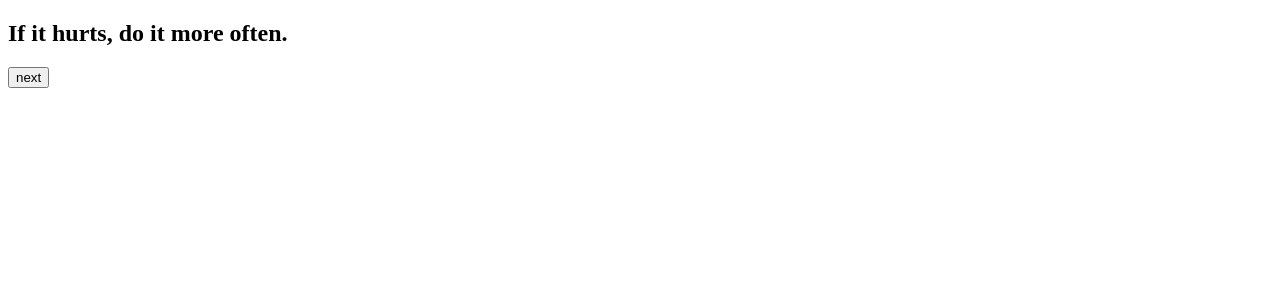
Repository: Wainhouse/Full_Stack_Open_2022
Page: / (app in part1/anedotes/)
An editor plug-in stored every save of this project. The page is shown before and after the next save, followed by the edit.
The browser window is 1280 px wide. The pictures show the whole page.
The project was rebuilt for these pictures with package versions that can differ from the ones it lists, and the page was loaded fresh each time.

Above is the page before, as saved 2022-11-24 17:13:23.

### part1/anedotes/src/App.js
import { useState } from 'react'

const App = () => {
  const anecdotes = [
    'If it hurts, do it more often.',
    'Adding manpower to a late software project makes it later!',
    'The first 90 percent of the code accounts for the first 10 percent of the development time...The remaining 10 percent of the code accounts for the other 90 percent of the development time.',
    'Any fool can write code that a computer can understand. Good programmers write code that humans can understand.',
    'Premature optimization is the root of all evil.',
    'Debugging is twice as hard as writing the code in the first place. Therefore, if you write the code as cleverly as possible, you are, by definition, not smart enough to debug it.',
    'Programming without an extremely heavy use of console.log is same as if a doctor would refuse to use x-rays or blood tests when diagnosing patients.'
  ]

  const [selected, setSelected] = useState(0)

  const handleClickNext = () => {
    setSelected(Math.floor(Math.random() * anecdotes.length))

  }

  return (
    <div>
      <h2>{anecdotes[selected]}</h2>
      <button onClick={() =>handleClickNext()}>next</button>
    </div>
  )
}

export default App

Loaded but not shown: part1/anedotes/public/index.html (common file); part1/anedotes/src/index.js (common file)

After the next save:
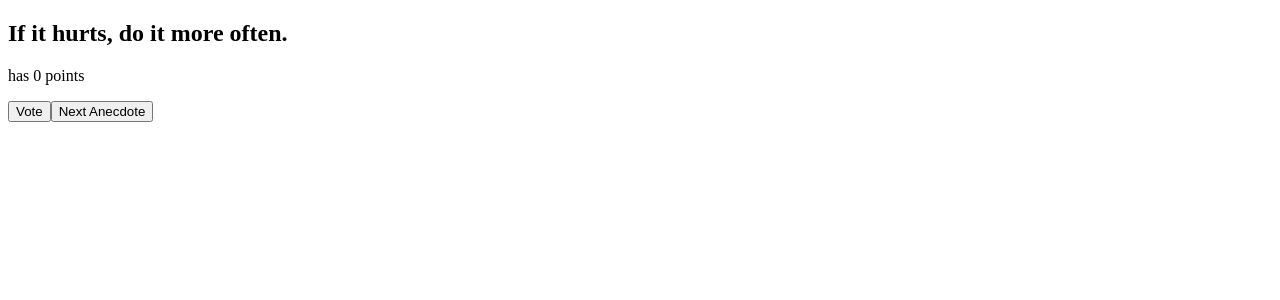
Saved 37 s later.
--- a/part1/anedotes/src/App.js
+++ b/part1/anedotes/src/App.js
@@ -11,19 +11,30 @@ const App = () => {
     'Programming without an extremely heavy use of console.log is same as if a doctor would refuse to use x-rays or blood tests when diagnosing patients.'
   ]
 
-  const [selected, setSelected] = useState(0)
+  const [selected, setSelected] = useState(0);
+  const [points, setPoints] = useState(new Array(anecdotes.length).fill(0));
+
+
 
   const handleClickNext = () => {
-    setSelected(Math.floor(Math.random() * anecdotes.length))
+    setSelected(Math.floor(Math.random() * anecdotes.length));
 
-  }
+  };
+
+  const voteForAnecdote = () => {
+    let newPoints = {...points};
+    newPoints[selected] += 1;
+    setPoints(newPoints);
+  };
 
   return (
     <div>
       <h2>{anecdotes[selected]}</h2>
-      <button onClick={() =>handleClickNext()}>next</button>
+      <p>has {points[selected]} points</p>
+      <button onClick={() => voteForAnecdote()}>Vote</button>
+      <button onClick={() =>handleClickNext()}>Next Anecdote</button>
     </div>
-  )
-}
+  );
+};
 
 export default App
